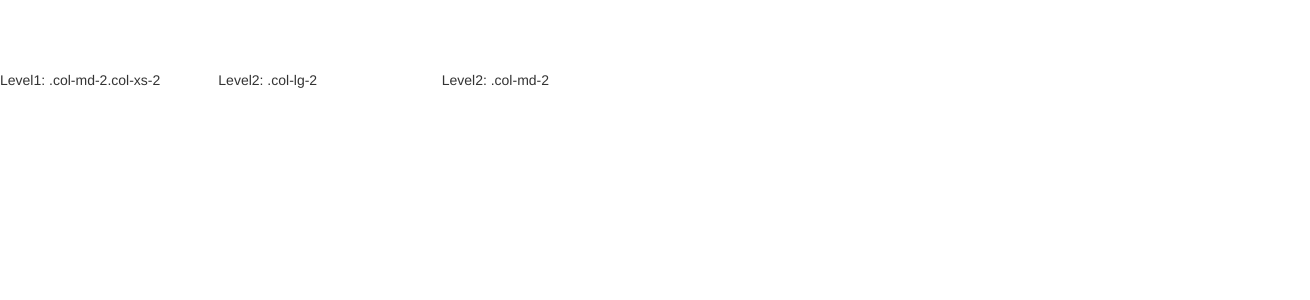
Repository: Echo-Jiang/Echo-Jiang.github.io
Page: test.3.html
The author's editor kept a record of every edit. The page is drawn from the files as they stood at one moment, then again after the next edit.
The browser window is 1280 px wide. The page is 1310 px wide, then 1295 px, so the pictures cover 1310 px, including what lies to the right of the window. The pictures show the whole page.

Above is the page before.

After the next edit:
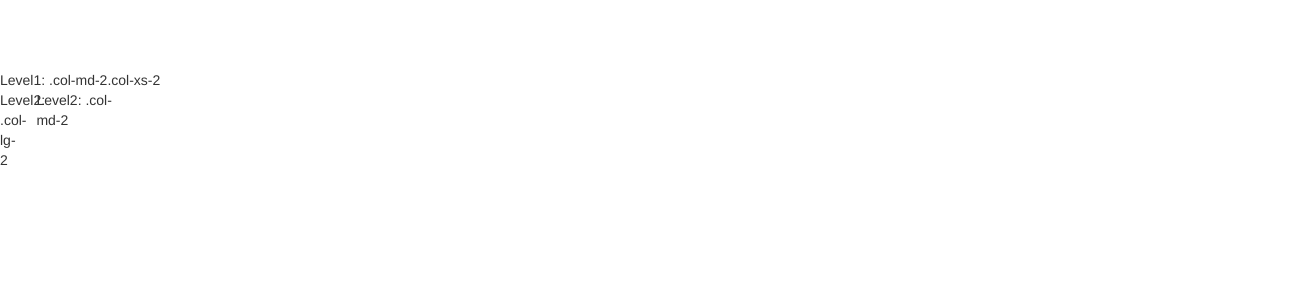
The edit:
--- a/test.3.html
+++ b/test.3.html
@@ -29,11 +29,11 @@
   <body>
 
     <div class="row">
-      <div class="col-md-2 col-xs-2">Level1: .col-md-2.col-xs-2</div>
-        <div class="row">
-          <div class="col-lg-2">Level2: .col-lg-2</div>
-          <div class="col-md-6">Level2: .col-md-2</div>
-        </div>
+      <div class="col-md-2 col-xs-2">Level1: .col-md-2.col-xs-2
+      <div class="row">
+        <div class="col-lg-2">Level2: .col-lg-2</div>
+        <div class="col-md-6">Level2: .col-md-2</div>
+      </div>
     </div>
 
 
